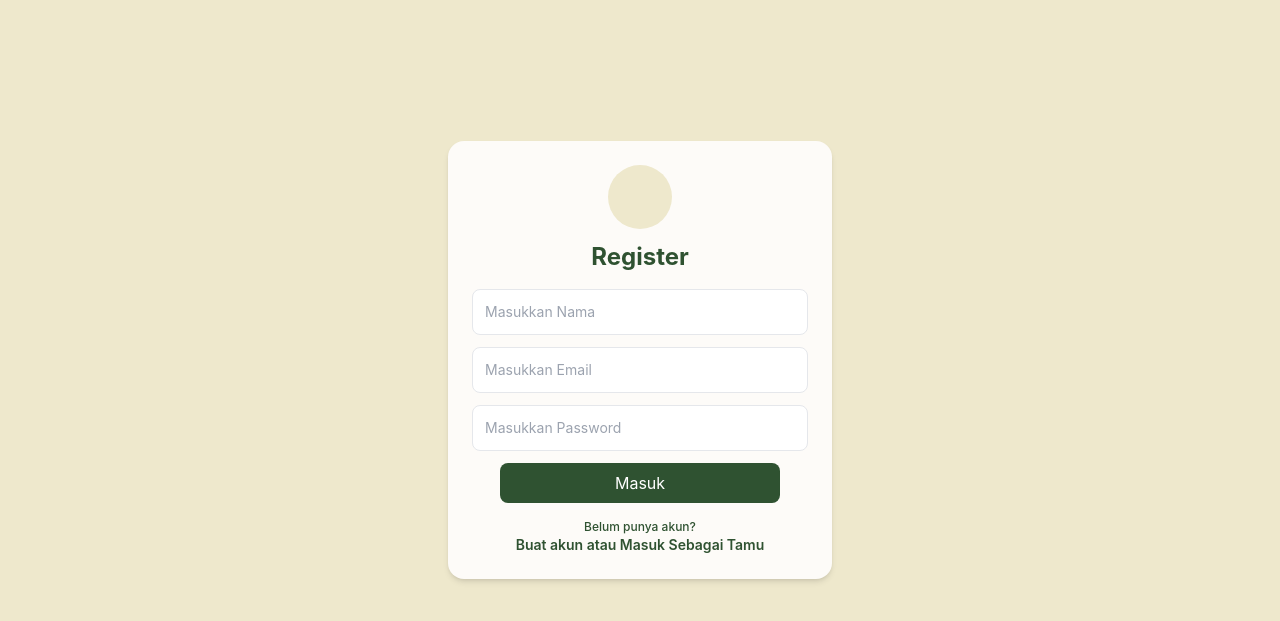
Repository: PajarAland/DiagramCoffee
Page: /register
An editor plug-in stored every save of this project. The page is shown before and after the next save, followed by the edit.
The browser window is 1280 px wide. The pictures show the whole page.
The project was rebuilt for these pictures with package versions that can differ from the ones it lists, and the page was loaded fresh each time. Also part of the build but not shown: vite.config.js, src/pages/Landing.jsx, src/pages/Login.jsx.

Above is the page before, as saved 2026-04-25 01:25:00.

### index.html
<!doctype html>
<html lang="en">
  <head>
    <meta charset="UTF-8" />
    <link rel="icon" type="image/svg+xml" href="/favicon.svg" />
    <meta name="viewport" content="width=device-width, initial-scale=1.0" />
    <title>diagramcoffee</title>
  </head>
  <body>
    <div id="root"></div>
    <script type="module" src="/src/main.jsx"></script>
  </body>
</html>

### src/index.css
@tailwind base;
@tailwind components;
@tailwind utilities;

body {
  @apply font-sans;
}

### src/App.jsx
import { BrowserRouter, Routes, Route } from "react-router-dom";
import Landing from "./pages/Landing";
import Login from "./pages/Login";
import Register from "./pages/Register";

function App() {
  return (
    <BrowserRouter>
      <Routes>
        <Route path="/" element={<Landing />} />
        <Route path="/login" element={<Login />} />
        <Route path="/register" element={<Register />} />
      </Routes>
    </BrowserRouter>
  );
}

export default App;

### src/pages/Register.jsx
import { useState } from "react";

function Register() {
    const [email, setEmail] = useState("");
    const [password, setPassword] = useState("");

    const handleRegister = (e) => {
        e.preventDefault();
        console.log({ email, password });
        // nanti connect ke Laravel API di sini
    };

    return (
        <div className="min-h-screen bg-[#EEE8CC] flex items-center justify-center">
        <div className="bg-[#FDFBF8] w-full max-w-sm rounded-2xl p-6 shadow-md text-center">

            {/* Avatar */}
            <div className="w-16 h-16 bg-[#EEE8CC] rounded-full mx-auto mb-3"></div>

            {/* Title */}
            <h2 className="text-[#2F5231] font-bold text-2xl mb-4">
            Register
            </h2>

            {/* Form */}
            <form onSubmit={handleRegister} className="space-y-3">

            <input
                type="text"
                placeholder="Masukkan Nama"
                className="w-full border rounded-lg px-3 py-3 text-sm outline-none"
            />

            <input
                type="email"
                placeholder="Masukkan Email"
                value={email}
                onChange={(e) => setEmail(e.target.value)}
                className="w-full border rounded-lg px-3 py-3 text-sm outline-none"
            />

            <input
                type="password"
                placeholder="Masukkan Password"
                value={password}
                onChange={(e) => setPassword(e.target.value)}
                className="w-full border rounded-lg px-3 py-3 text-sm outline-none"
            />

            {/* Button */}
            <button
                type="submit"
                className="w-10/12 bg-[#2F5231] text-white py-2 rounded-lg mt-2"
            >
                Masuk
            </button>
            </form>

            {/* Footer */}
            <p className="text-xs text-[#2F5231] font-medium mt-4">
            Belum punya akun?
            </p>

            <div className="text-sm text-[#2F5231] font-semibold">
            Buat akun atau Masuk Sebagai Tamu
            </div>
        </div>
        </div>
    );
}

export default Register;

### tailwind.config.js
/** @type {import('tailwindcss').Config} */
export default {
  content: [
    "./index.html",
    "./src/**/*.{js,jsx,ts,tsx}",
  ],
  theme: {
    fontFamily: {
      sans: ["Inter", "ui-sans-serif", "system-ui"],
    },
    extend: {},
  },
  plugins: [],
}

Loaded but not shown: src/main.jsx (common file)

After the next save:
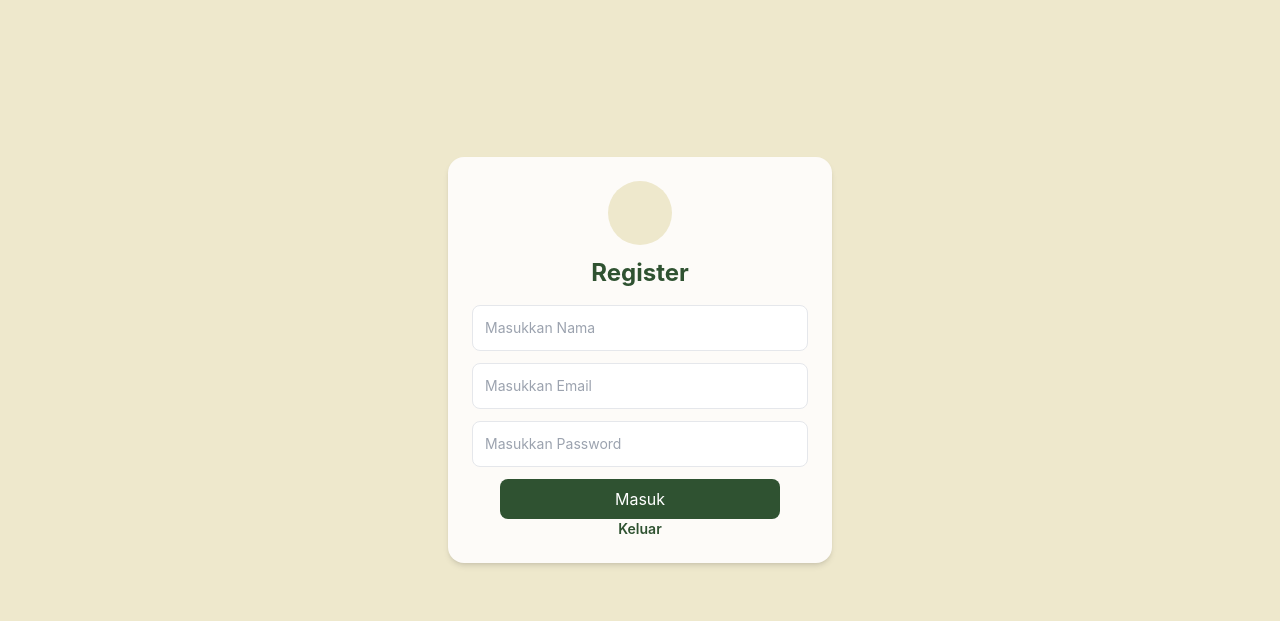
Saved 36 s later.
--- a/src/pages/Register.jsx
+++ b/src/pages/Register.jsx
@@ -57,12 +57,8 @@
             </form>
 
             {/* Footer */}
-            <p className="text-xs text-[#2F5231] font-medium mt-4">
-            Belum punya akun?
-            </p>
-
             <div className="text-sm text-[#2F5231] font-semibold">
-            Buat akun atau Masuk Sebagai Tamu
+            Keluar
             </div>
         </div>
         </div>

After the save that followed:
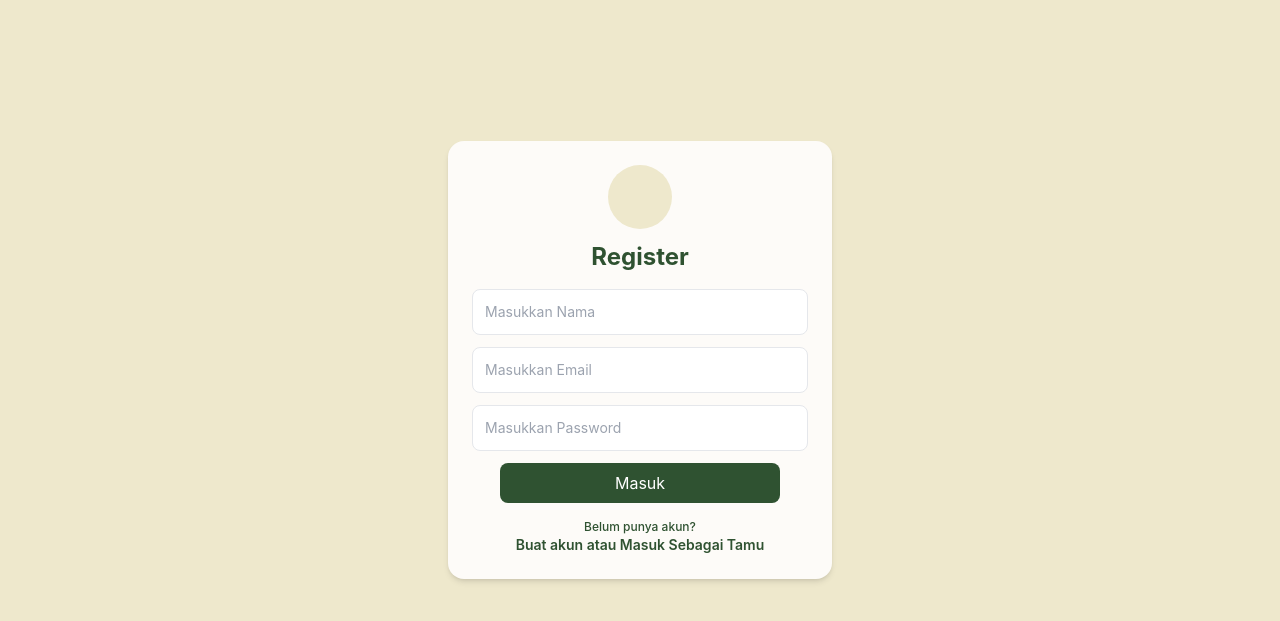
Saved 18 s later.
--- a/src/pages/Register.jsx
+++ b/src/pages/Register.jsx
@@ -57,8 +57,12 @@
             </form>
 
             {/* Footer */}
+            <p className="text-xs text-[#2F5231] font-medium mt-4">
+            Belum punya akun?
+            </p>
+
             <div className="text-sm text-[#2F5231] font-semibold">
-            Keluar
+            Buat akun atau Masuk Sebagai Tamu
             </div>
         </div>
         </div>
